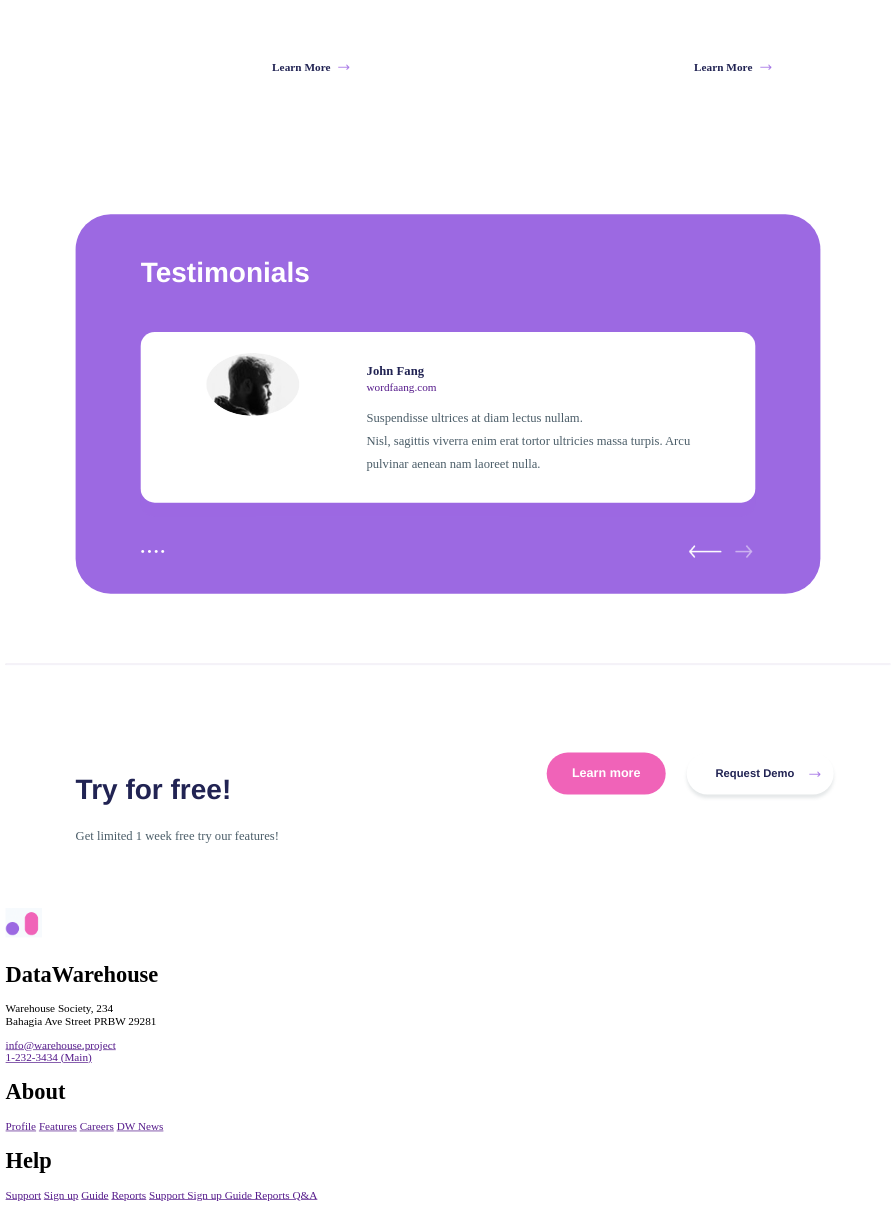
Repository: batonAnton/HW6_flexbox
Page: index.html
An editor plug-in stored every save of this project. The page is shown before and after the next save, followed by the edit.
The browser window is 1280 px wide. The pictures show the part of the page from y = 2193 to 4113 px (the page is 3917 px tall before and 4113 px after), at 70% of full size.
Some web fonts or font styles are not loaded; a fallback is used.

Above is the page before, as saved 2022-06-19 15:57:43.

### index.html
<!DOCTYPE html>
<html lang="en">
<head>
    <meta charset="UTF-8">
    <meta http-equiv="X-UA-Compatible" content="IE=edge">
    <meta name="viewport" content="width=device-width, initial-scale=1.0">
    <link href="http://fonts.cdnfonts.com/css/helvetica-neue-9" rel="stylesheet">
    <link rel="stylesheet" href="./fonts/Helvetica-Bold.ttf">
    <link rel="stylesheet" href="./fonts/AvenirLTStd-Black.otf">
    <link rel="stylesheet" href="./css/style.css">
    <title>FlexBox</title>
</head>
<body>
    <header>
        <div class="logo">
            <img src="./images/logo.png" alt="logo">
        </div>

        <nav>
            <ul>
                <li>
                    <a href="#">about</a>
                </li>
                <li>
                    <a href="#">help</a>
                </li>
                <li>
                    <a href="#">features</a>
                </li>
                <li>
                    <a href="#">signup</a>
                </li>
            </ul>
        </nav>

        <div class="header-btn">
            <div>
                <button>request demo</button>
            </div>
            <div class="btn-img">
                <img src="./images/right-arrow.png" alt="arrow-right" >
            </div>
        </div>
    </header>

    <div class="section allstyles">
        <div class="info">
            <h1>Save your data <br> storage here.</h1>
            <p>Data Warehouse is a data storage area that <br>has been
                tested for security, so you can store <br> your data here
                safely but not be afraid of <br> being stolen by others.</p>
            <button>Learn more</button>
        </div>

        <div class="section-img">
            <img src="./images/headerImg.png" alt="">
        </div>
    </div>

    <div class="section2 allstyles">
        <div class="sectin2-img">
            <img src="./images/assideimg.png" alt="assideimg">
        </div>

        <div class="section2-info">
            <h1>We are a high-level data <br> storage bank</h1>
            <p>
                The place to store various data that you can access at any <br> time through the internet  and where you can carry it. <br>
                This very flexible storage area has a high level of security. <br> To enter into your own data you must enter the password <br> that you created when you registered in this Data <br> Warehouse.
            </p>
        </div>
    </div>

    <div class="section3 allstyles">
        <h1 class="section3-header"> Features</h1>
        <p class="section3-header">Some of the features and advantages that we provide for those of you <br> who store data in this Data Warehouse.</p>

        <div class="row1">
            <div class="block">
                <img src="./images/section3/image1 1.png" alt="img">
                <div class="info">
                    <h1>Search Data</h1>
                <p>
                    Don’t worry if your data is very <br> large, the Data Warehoue <br> provides a search engine, <br> which is useful for making it <br> easier to find data effectively <br> saving time.
                </p>

                <div class="header-btn section3-btn">
                    <div>
                        <button>Learn more</button>
                    </div>
                    <div class="btn-img">
                        <img src="./images/right-arrow.png" alt="arrow-right" >
                    </div>
                </div>
                </div>

            </div>


            <div class="block">
                <img src="./images/section3/image2.png" alt="img">
                <div class="info">
                    <h1>24 Hours Access</h1>
                <p>
                    Access is given 24 hours a full <br> morning to night and
                    meet <br> again in the morning, giving <br> you comfort when
                    you need <br> data when urgent.
                </p>

                <div class="header-btn section3-btn">
                    <div>
                        <button>Learn more</button>
                    </div>
                    <div class="btn-img">
                        <img src="./images/right-arrow.png" alt="arrow-right" >
                    </div>
                </div>
                </div>

            </div>
        </div>

        <!-- row2 start -->

        <div class="row1 row2">
            <div class="block">
                <img src="./images/section3/image3 1.png" alt="img">
                <div class="info">
                    <h1>Print Out</h1>
                <p>
                    Print out service gives you <br> convenience if someday
                    you <br> need print data, just edit it all <br> and just print it.
                </p>

                <div class="header-btn section3-btn">
                    <div>
                        <button>Learn more</button>
                    </div>
                    <div class="btn-img">
                        <img src="./images/right-arrow.png" alt="arrow-right" >
                    </div>
                </div>
                </div>

            </div>


            <div class="block">
                <img src="./images/section3/image4 1.png" alt="img">
                <div class="info">
                    <h1>Security Code</h1>
                <p>
                    Data Security is one of our <br> best facilities. Allows for your <br> files
                    to be safer. The file can <br> be secured with a code or <br>
                    password that
                    you created, <br> so only you can open the file.
                </p>

                <div class="header-btn section3-btn">
                    <div>
                        <button>Learn more</button>
                    </div>
                    <div class="btn-img">
                        <img src="./images/right-arrow.png" alt="arrow-right" >
                    </div>
                </div>
                </div>

            </div>
        </div>
    </div>

    <div class="section4 allstyles">
        <h1>Testimonials</h1>

        <div class="block">
            <img class="rounded" src="./images/section3/Ellipse 76.jpg" alt="img">
            <div class="info">
                <h1>John Fang </h1>
                <a href="">wordfaang.com</a>
                <p>
                    Suspendisse ultrices at diam lectus nullam. <br>
                    Nisl, sagittis viverra enim erat tortor ultricies massa turpis. Arcu <br> pulvinar aenean nam laoreet nulla.
                </p>
            </div>
        </div>
        <h4>&#x2022 &#x2022 &#x2022 &#x2022</h4>
        <p class="right"> <img src="./images/section3/arrows.png" alt="arrows"> </p>
    </div>
    <hr>


    <div class="forfree allstyles">
        <div class="free-info">
            <h1>Try for free!</h1>
            <p>Get limited 1 week free try our features!</p>
        </div>

        <div class="btn-block">
            <button>Learn more</button>
            <div class="header-btn">
                <div>
                    <button>request demo</button>
                </div>
                <div class="btn-img">
                    <img src="./images/right-arrow.png" alt="arrow-right" >
                </div>
            </div>
        </div>
    </div>

    <footer>
        <div class="allblock">
            <div class="adress">
                <img src="./images/logo.png" alt="logo">
                <h1>DataWarehouse</h1>
                <p> Warehouse Society, 234 <br>
                    Bahagia Ave Street
                    PRBW 29281
                </p>

                <a href="">info@warehouse.project</a> <br>
                <a href="">1-232-3434 (Main)</a>
            </div>

            <div class="about">
                <h1>About</h1>
                <a href="">Profile</a>
                <a href=""> Features</a>
                <a href=""> Careers</a>
                <a href="">DW News</a>
            </div>

            <div class="help">
                <h1>Help</h1>
                <a href="">Support</a>
                <a href="">Sign up</a>
                <a href="">Guide</a>
                <a href="">Reports</a>
                <a href="">Support
                    Sign up
                    Guide
                    Reports
                    Q&A</a>
            </div>
        </div>
    </footer>
</body>
</html>

### css/style.css
body {
  box-sizing: border-box;
  font-family: "Avenir";
}

.allstyles{
    margin: 70px 100px;
}

header {
  display: flex;
  margin: 30px 100px;
  justify-content: space-between;
  /* border: 1px solid gray; */
 font-family: Arial, Helvetica, sans-serif;
  font-size: 16px;
}


nav {
  margin-right: 40%;
}

nav ul {
  display: flex;
  list-style: none;
  color: #4b5d68;
}

nav ul li a {
  text-decoration: none;
  padding-left: 20px;
  text-transform: capitalize;
}

.header-btn {
  display: flex;
  justify-content: center;
}


.header-btn button {
  padding: 15px 30px 15px 15px;
  text-transform: capitalize;
  border: none;
  border-radius: 50px;
  background: #ffffff;
  box-shadow: 0px 5px 5px rgb(75 93 104 / 15%);
  width: 210px;
  color: #212353;
  font-size: 16px;
  font-weight: 800;
  line-height: 100%;
  letter-spacing: 0.005em;
}

.btn-img {
  margin-left: -35px;
  padding-left: -15px;
  align-self: center;
}

button img {
  padding-top: 5px;
  margin-left: 5px;
}

button:hover {
  border: 1px solid rgba(156, 105, 226, 1);
  text-decoration: underline;
}

.section {
  display: flex;
  position: relative;
  height: 600px;
  overflow: hidden;
}


.info {
  width: 50%;
}

.section h1 {
  font-style: normal;
  font-weight: 700;
  font-size: 4rem;
  line-height: 110%;
  font-family: "Helvetica Neue", sans-serif;
  color:#212353;
  font-weight: 700;
}



.section p {
  font-family: 'Avenir', Helvetica, sans-serif;
  font-style: normal;
  font-weight: 500;
  font-size: 16px;
  line-height: 28px;
  margin-top: 50px;
  margin-bottom: 50px;
}

.section-img {
  position: absolute;
  bottom: 1%;
  right: -13%;
}
.section-img img {
  width: 84%;
}

.info button{
    font-family: 'Avenir', Helvetica, sans-serif;
    font-style: normal;
    font-weight: 700;
    font-size: 18px;
    line-height: 160%;
    background-color: #9C69E2;
    border-radius: 50px;
    color: #ffffff;
    width: 170px;
    height: 60px;
    border: none;
    cursor: pointer;
}


.section2{
    display: flex;
    justify-content: space-between;
    background: rgba(240, 99, 184, 0.15);
    border-radius: 50px;
    font-family: 'Avenir', Helvetica, sans-serif;
}

.section2 h1{
    font-style: normal;
    font-weight: 700;
    font-size: 40px;
    line-height: 130%;
    color: #212353;
}

.section2 p{
    font-family: 'Avenir', Helvetica, sans-serif;
font-style: normal;
font-weight: 400;
font-size: 16px;
line-height: 160%;
}

.section2-info{
    padding:55px;
}


.section3-header{
    text-align: center;
    margin: -30px 0 75px 0;
}

.row1{
    display: flex;
    justify-content: space-between;
}

.row1 .block img{
    float: left;
}

.section3 .info{
  float: right;
  width: auto;
  margin-left: 35px;
}

.section3 .info h1{
  font-family: 'Helvetica';
font-style: normal;
font-weight: 400;
font-size: 24px;
line-height: 130%;
color: #212353;
}

.section3 .info p{
  font-family: 'Avenir',  sans-serif;
font-style: normal;
font-weight: 200;
font-size: 14px;
line-height: 130%;
color: #4B5D68;
margin-top: 50px;
/* margin-bottom: 50px; */
height: 160px;
}

.section3 .section3-btn button{
  padding:0;
  color: #212353;
  box-shadow: none;
  background-color: #ffffff;
  font-family: 'Avenir';
  font-style: normal;
  font-weight: 900;
  font-size: 16px;
  line-height: 160%;
  letter-spacing: 0.005em;
  width:85px;
}

.section3 .header-btn{
  display: flex;
  justify-content: flex-start;
}

.section3 .btn-img{
  margin-left: 10px;
}

.row2{
  margin: 90px 0  180px 0;
}

.section4{
  /* height: 709px; */
  background-color: #9C69E2;
  border-radius: 50px;
  padding: 30px 93px;
}

.section4 h1{
  font-family: 'Helvetica';
  font-style: normal;
  font-weight: 700;
  font-size: 40px;
  line-height: 130%;
  color: #FFFFFF;
  margin-bottom: 60px;
}

.section4 .block{
  background-color: #FFFFFF;
  box-shadow: 0px 20px 0px rgba(156, 105, 226, 0.3);
  border-radius: 20px;
  padding: 30px 93px 120px 93px;
}

.section4 .info{
  float: right;
  width: auto;
}

.section4 .info h1{
font-family: 'Avenir';
font-style: normal;
font-weight: 900;
font-size: 18px;
line-height: 160%;
letter-spacing: 0.005em;
color: #212353;
margin-bottom: 0;
}

.section4 .info p{
  font-family: 'Avenir';
font-style: normal;
font-weight: 400;
font-size: 18px;
line-height: 180%;
color: #4B5D68;
}

.section4 .info a{
  text-decoration: none;
}

.rounded{
  border-radius:50%;
}

h4{
  color: #ffffff;
  margin-top: 60px ;
}

.right{
  margin-left: auto;
  margin-right: auto;
  float: right;
  margin-top: -44px;
}

hr{
  margin-top: 100px;
  margin-bottom: 45px;
  background: #9C69E2;
  opacity: 0.2;
}

.forfree{
  margin-top: 125px;
  display: flex;
  justify-content: space-between;
}

.forfree h1{
  font-family: 'Helvetica';
font-style: normal;
font-weight: 700;
font-size: 40px;
line-height: 130%;
display: flex;
align-items: center;
color: #212353;
}

.forfree p{
  font-family: 'Avenir';
font-style: normal;
font-weight: 500;
font-size: 18px;
line-height: 160%;
color: #4B5D68;
}

.forfree button{
  font-family: 'Avenir', Helvetica, sans-serif;
    font-style: normal;
    font-weight: 700;
    font-size: 18px;
    line-height: 160%;
    background-color: #F063B8;
    border-radius: 50px;
    color: #ffffff;
    width: 170px;
    height: 60px;
    border: none;
    cursor: pointer;
    margin-left: 30px;
}

.forfree .header-btn button {
  padding: 15px 30px 15px 15px;
  text-transform: capitalize;
  border: none;
  border-radius: 50px;
  background: #ffffff;
  box-shadow: 0px 5px 5px rgb(75 93 104 / 15%);
  width: 210px;
  color: #212353;
  font-size: 16px;
  font-weight: 800;
  line-height: 100%;
  letter-spacing: 0.005em;
}

.forfree .btn-img{
  margin-top: -85px;
}

.btn-block{
  display: flex;
}

After the next save:
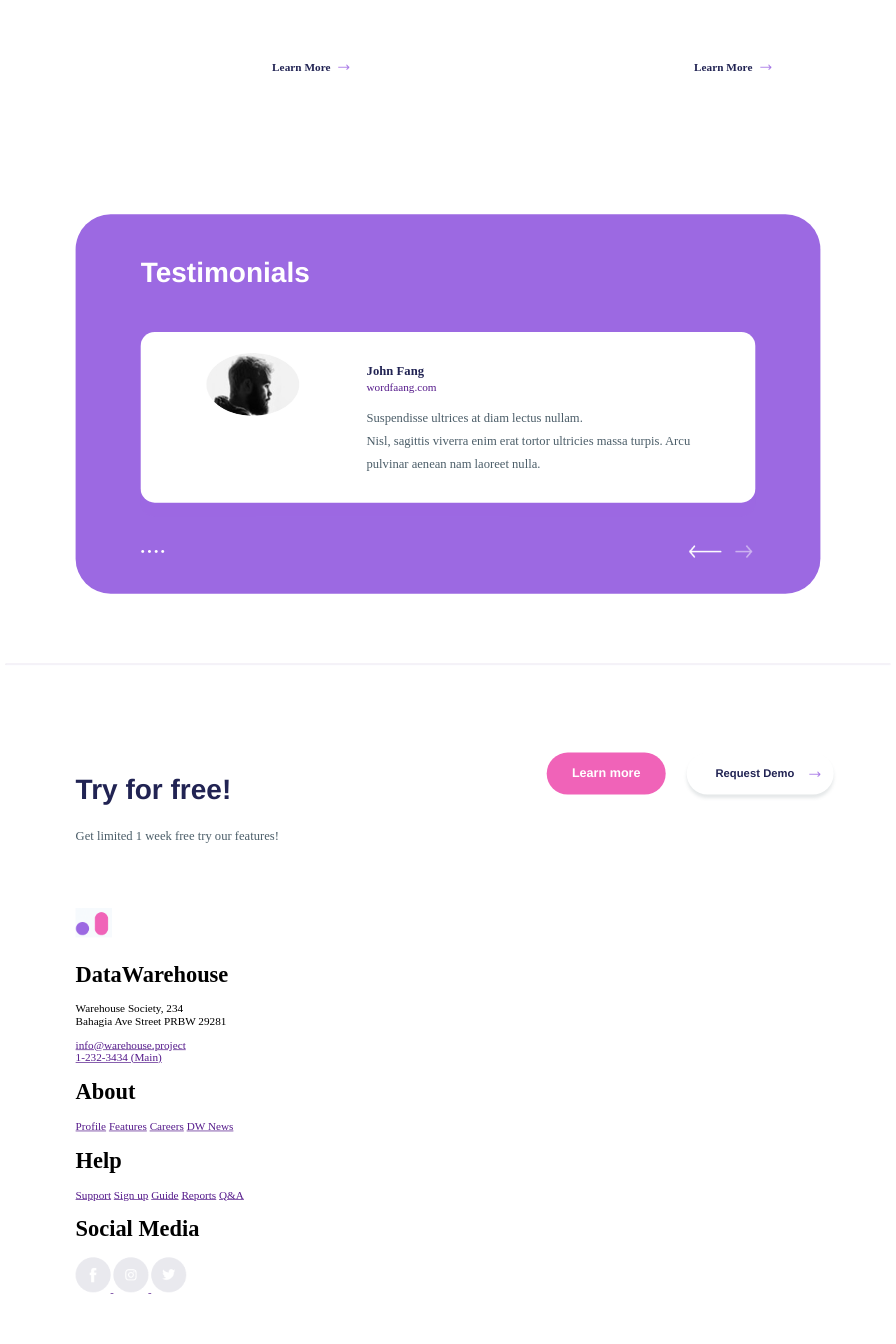
Saved 5 min 2 s later.
--- a/index.html
+++ b/index.html
@@ -210,7 +210,7 @@
     </div>
 
     <footer>
-        <div class="allblock">
+        <div class="allblock allstyles">
             <div class="adress">
                 <img src="./images/logo.png" alt="logo">
                 <h1>DataWarehouse</h1>
@@ -237,11 +237,22 @@
                 <a href="">Sign up</a>
                 <a href="">Guide</a>
                 <a href="">Reports</a>
-                <a href="">Support
-                    Sign up
-                    Guide
-                    Reports
-                    Q&A</a>
+                <a href="">Q&A</a>
+            </div>
+
+            <div class="social">
+                <h1>Social Media</h1>
+                <a href="">
+                    <img src="./images/footer/facebook.png" alt="face">
+                </a>
+
+                <a href="">
+                    <img src="./images/footer/twitter.png" alt="tweeter">
+                </a>
+
+                <a href="">
+                    <img src="./images/footer/insta.png" alt="insta">
+                </a>
             </div>
         </div>
     </footer>
